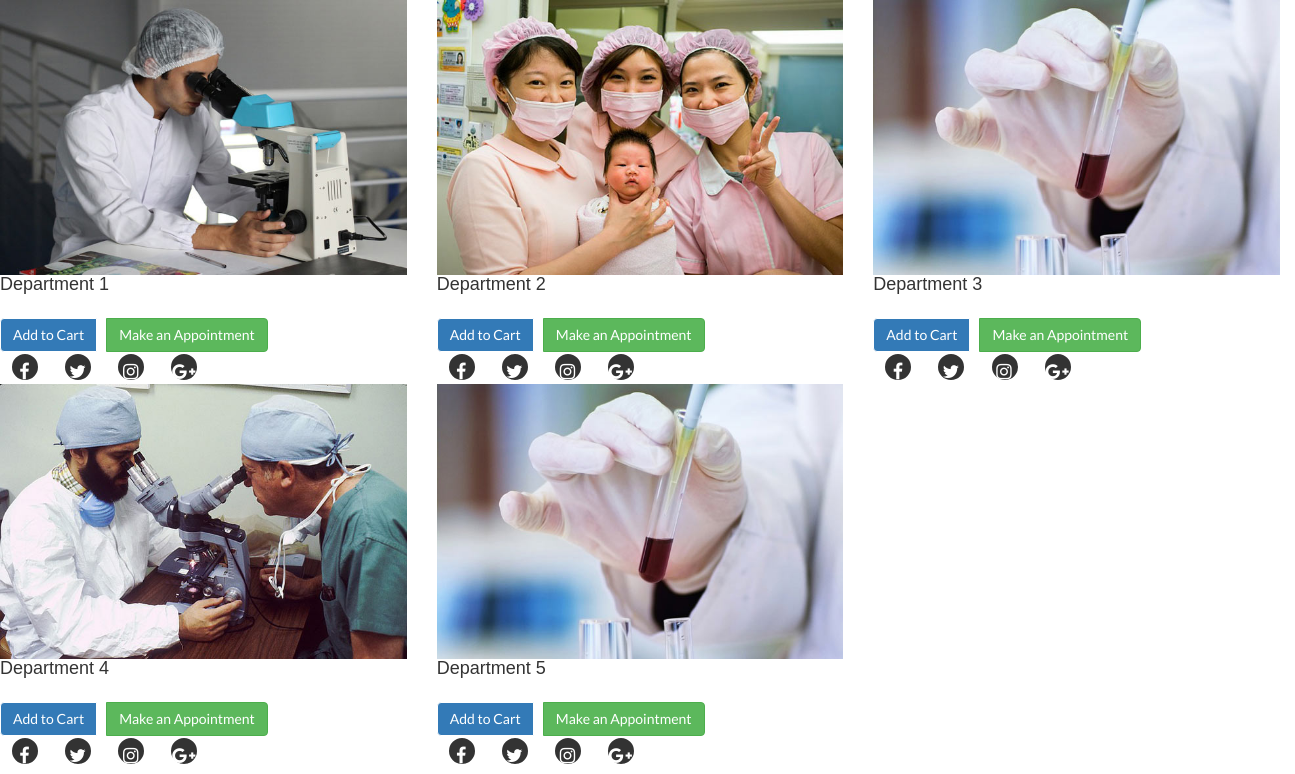
Repository: 72-faisal/work_to_do
Page: http://localhost/Khajina_Doctor/Department-home.jsp
An editor plug-in stored every save of this project. The page is shown before and after the next save, followed by the edit.
The browser window is 1280 px wide. The page is 1295 px wide, so the pictures cover 1295 px, including what lies to the right of the window. The pictures show the whole page.
Some web fonts or font styles are not loaded; a fallback is used. The page is served by Tomcat 9. Other server files are loaded and not shown.

Above is the page before, as saved 2023-04-15 19:55:58.

### Khajina_Doctor/Khajina_Doctor/src/main/webapp/Department-home.jsp
<%@ page language="java" contentType="text/html; charset=ISO-8859-1"
    pageEncoding="ISO-8859-1"%>
<!DOCTYPE html>
<html>
<head>
<meta charset="ISO-8859-1">
<title>KhajjinaDoc a Medical Online Solution |</title>
<!-- for-meta-tags-->
<meta name="viewport" content="width=device-width, initial-scale=1">
<meta http-equiv="Content-Type" content="text/html; charset=utf-8" />
<meta name="keywords" content="Health Plus Responsive web template, Bootstrap Web Templates, Flat Web Templates, Android Compatible web template,
Smartphone Compatible web template, free web designs for Nokia, Samsung, LG, SonyEricsson, Motorola web design" />
<script type="application/x-javascript"> addEventListener("load", function() { setTimeout(hideURLbar, 0); }, false);
		function hideURLbar(){ window.scrollTo(0,1); } </script>
<!-- //for-meta-tags-->
<link href="css/bootstrap.css" rel="stylesheet" type="text/css" media="all" />
<link rel="stylesheet" href="css/flexslider.css" type="text/css" media="screen" Department="" />
<link href="css/services.css" rel="stylesheet" type="text/css" media="all" />
<link href="css/ziehharmonika.css" rel="stylesheet" type="text/css">
<link href="css/JiSlider.css" rel="stylesheet">
<link href="css/style.css" rel="stylesheet" type="text/css" media="all" />
<!-- font-awesome icons -->
<link href="css/font-awesome.css" rel="stylesheet">
<!-- //font-awesome icons -->
<link href="//fonts.googleapis.com/css?family=Raleway:200,200i,300,300i,400,400i,500,500i,600,600i,700,700i,800" rel="stylesheet">
<link href="//fonts.googleapis.com/css?family=Lato:300,300i,400,400i,700,900" rel="stylesheet">
<style>
.department .btn-group .btn:first-child {
  margin-right: 10px;
}

.btn-primary:hover {
  filter: brightness(70%);
}
.social_agileinfo li a {
  display: block;
  width: 30px;
  height: 30px;
  line-height: 30px;
  text-align: center;
  background: #333;
  border-radius: 50%;
  margin: 0 10px;
}

.social_agileinfo li a i {
  font-size: 18px;
}

.social_agileinfo li a:hover {
  background: #555;
}

.social_agileinfo li a:hover i {
  color: #555;
}

.social_agileinfo li a:focus {
  outline: none;
}




</style>
</head>
<body>
<div class="department-box">
    <div class="row">
        <div class="col-md-4 department">
            <img src="images/g1.jpg" alt=" " class="img-responsive" />
            <div class="overlay">
                <h4>Department 1</h4><br>
                 <div class="btn-group" role="group">
                    <button type="button" class="btn btn-primary">Add to Cart</button>
                    <button type="button" class="btn btn-success">Make an Appointment</button>
                </div><br>
                <ul class="social_agileinfo">
                    <li><a href="#" class="w3_facebook"><i class="fa fa-facebook"></i></a></li>
                    <li><a href="#" class="w3_twitter"><i class="fa fa-twitter"></i></a></li>
                    <li><a href="#" class="w3_instagram"><i class="fa fa-instagram"></i></a></li>
                    <li><a href="#" class="w3_google"><i class="fa fa-google-plus"></i></a></li>
                </ul>
            </div>
        </div>
        <div class="col-md-4 department">
            <img src="images/g2.jpg" alt=" " class="img-responsive" />
            <div class="overlay">
                <h4>Department 2</h4><br>
                <div class="btn-group" role="group">
                    <button type="button" class="btn btn-primary">Add to Cart</button>
                    <button type="button" class="btn btn-success">Make an Appointment</button>
                </div><br>
                 <ul class="social_agileinfo">
                    <li><a href="#" class="w3_facebook"><i class="fa fa-facebook"></i></a></li>
                    <li><a href="#" class="w3_twitter"><i class="fa fa-twitter"></i></a></li>
                    <li><a href="#" class="w3_instagram"><i class="fa fa-instagram"></i></a></li>
                    <li><a href="#" class="w3_google"><i class="fa fa-google-plus"></i></a></li>
                </ul>
            </div>
        </div>
        <div class="col-md-4 department">
            <img src="images/g3.jpg" alt=" " class="img-responsive" />
            <div class="overlay">
                <h4>Department 3</h4><br>
                <div class="btn-group" role="group">
                    <button type="button" class="btn btn-primary">Add to Cart</button>
                    <button type="button" class="btn btn-success">Make an Appointment</button>
                </div><br>
                 <ul class="social_agileinfo">
                    <li><a href="#" class="w3_facebook"><i class="fa fa-facebook"></i></a></li>
                    <li><a href="#" class="w3_twitter"><i class="fa fa-twitter"></i></a></li>
                    <li><a href="#" class="w3_instagram"><i class="fa fa-instagram"></i></a></li>
                    <li><a href="#" class="w3_google"><i class="fa fa-google-plus"></i></a></li>
                </ul>
            </div>
        </div>
    </div>
    <div class="row">
        <div class="col-md-4 department">
            <img src="images/g4.jpg" alt=" " class="img-responsive" />
            <div class="overlay">
                <h4>Department 4</h4><br>
               <div class="btn-group" role="group">
                    <button type="button" class="btn btn-primary">Add to Cart</button>
                    <button type="button" class="btn btn-success">Make an Appointment</button>
                </div><br>
                 <ul class="social_agileinfo">
                    <li><a href="#" class="w3_facebook"><i class="fa fa-facebook"></i></a></li>
                    <li><a href="#" class="w3_twitter"><i class="fa fa-twitter"></i></a></li>
                    <li><a href="#" class="w3_instagram"><i class="fa fa-instagram"></i></a></li>
                    <li><a href="#" class="w3_google"><i class="fa fa-google-plus"></i></a></li>
                </ul>
            </div>
        </div>
         <div class="col-md-4 department">
            <img src="images/g3.jpg" alt=" " class="img-responsive" />
            <div class="overlay">
                <h4>Department 5</h4><br>
               <div class="btn-group" role="group">
                    <button type="button" class="btn btn-primary">Add to Cart</button>
                    <button type="button" class="btn btn-success">Make an Appointment</button>
                </div><br>
                 <ul class="social_agileinfo">
                    <li><a href="#" class="w3_facebook"><i class="fa fa-facebook"></i></a></li>
                    <li><a href="#" class="w3_twitter"><i class="fa fa-twitter"></i></a></li>
                    <li><a href="#" class="w3_instagram"><i class="fa fa-instagram"></i></a></li>
                    <li><a href="#" class="w3_google"><i class="fa fa-google-plus"></i></a></li>
                </ul>
            </div>
        </div>
    </div>
    </div>

</body>
</html>

### Khajina_Doctor/Khajina_Doctor/src/main/webapp/css/flexslider.css
/*
 * jQuery FlexSlider v2.0
 * http://www.woothemes.com/flexslider/
 *
 * Copyright 2012 WooThemes
 * Free to use under the GPLv2 license.
 * http://www.gnu.org/licenses/gpl-2.0.html
 *
 * Contributing author: Tyler Smith (@mbmufffin)
 */
/* Browser Resets */
.flex-container a:active,
.flexslider a:active,
.flex-container a:focus,
.flexslider a:focus  {outline: none;}
.slides,
.flex-control-nav,
.flex-direction-nav {margin: 0; padding: 0; list-style: none;}

/* FlexSlider Necessary Styles
*********************************/
.flexslider .slides > li {display: none; -webkit-backface-visibility: hidden;} /* Hide the slides before the JS is loaded. Avoids image jumping */
.flexslider .slides img {margin: 0 auto; display: block;}
.flex-pauseplay span {text-transform: capitalize;}

/* Clearfix for the .slides element */
.slides:after {content: "."; display: block; clear: both; visibility: hidden; line-height: 0; height: 0;}
html[xmlns] .slides {display: block;}
* html .slides {height: 1%;}

/* No JavaScript Fallback */
/* If you are not using another script, such as Modernizr, make sure you
 * include js that eliminates this class on page load */
.no-js .slides > li:first-child {display: block;}


/* FlexSlider Default Theme
*********************************/
.flexslider {
	border: 0px;
	position: relative;
	zoom: 1;
	overflow: hidden;
}
.flex-viewport {max-height: 2000px; -webkit-transition: all 1s ease; -moz-transition: all 1s ease; transition: all 1s ease;}
.loading .flex-viewport {max-height: 300px;}
.flexslider .slides {zoom: 1;}

.carousel li {margin-right: 5px}


/* Direction Nav */
.flex-direction-nav a {
	margin: 0;
    background: none;
    position: absolute;
    z-index: 10;
    cursor: pointer;
    opacity: .8;
    -webkit-transition: all .3s ease;
    font-family: FontAwesome;
    font-size: 2em;
    color: #fff;
	text-decoration: none;
	top: 50%;
}
.flex-direction-nav .flex-next {
    right: 5%;
}
.flex-direction-nav .flex-prev {
	left:5%;
}
.flex-direction-nav .flex-next:before{
	content:"\f178";
}
.flex-direction-nav .flex-prev:before{
	content:"\f177";
}
.flexslider:hover .flex-next {opacity: 1;}
.flexslider:hover .flex-prev {opacity: 1;}
.flexslider:hover .flex-next:hover, .flexslider:hover .flex-prev:hover {opacity: 1;}
.flex-direction-nav .flex-disabled {opacity: .3!important; filter:alpha(opacity=30); cursor: default;}
/* Control Nav */
.flex-control-nav {
	display: block;
    position: absolute;
    right: 5%;
    top: 20%;
}
.flex-control-nav li {
    margin: 15px 0;
    display: block;
    zoom: 1;
    position: relative;
}
.flex-control-paging li a {
	width: 15px;
    height: 15px;
    display: none;
    cursor: pointer;
    text-indent: -9999px;
    border: 5px solid rgba(255, 255, 255, 0.38);
    background: #bababa;
    text-align: center;
    border-radius: 15px;
}
.flex-control-paging li a.flex-active {
	background:#ff464f;
	cursor: default;
	transform: rotateX(360deg);
	-webkit-transform: rotateX(360deg);
	-moz-transform: rotateX(360deg);
	-o-transform: rotateX(360deg);
	-ms-transform: rotateX(360deg);
    transition: transform 2s;
}
.flex-control-thumbs {margin: 5px 0 0; position: static; overflow: hidden;}
.flex-control-thumbs li {width: 25%; float: left; margin: 0;}
.flex-control-thumbs img {width: 100%; display: block; opacity: .7; cursor: pointer;}
.flex-control-thumbs img:hover {opacity: 1;}
.flex-control-thumbs .flex-active {opacity: 1; cursor: default;}
@media screen and (max-width:1366px) {

}
@media screen and (max-width:1080px) {

}
@media screen and (max-width: 991px){

}
@media screen and (max-width: 667px){

}
@media screen and (max-width: 640px){

}
@media screen and (max-width: 600px){

}
@media screen and (max-width: 480px) {
	section.slider {
		padding-top: 0;
	}

}
@media screen and (max-width: 414px){

}
@media screen and (max-width: 384px){

}
@media screen and (max-width: 375px) {

}
@media screen and (max-width: 320px) {

}

### Khajina_Doctor/Khajina_Doctor/src/main/webapp/css/services.css
.ch-item {
	width: 100%;
	height: 100%;
	border-radius: 50%;
	position: relative;
	cursor: default;
	-webkit-perspective: 900px;
	-moz-perspective: 900px;
	-o-perspective: 900px;
	-ms-perspective: 900px;
	perspective: 900px;
}
.ch-info{
	position: absolute;
	width: 100%;
	height: 100%;
	-webkit-transform-style: preserve-3d;
	-moz-transform-style: preserve-3d;
	-o-transform-style: preserve-3d;
	-ms-transform-style: preserve-3d;
	transform-style: preserve-3d;
}
.ch-info > div {
	display: block;
	position: absolute;
	width: 100%;
	height: 100%;
	border-radius: 50%;
	background-position: center center;
	-webkit-transition: all 0.4s linear;
	-moz-transition: all 0.4s linear;
	-o-transition: all 0.4s linear;
	-ms-transition: all 0.4s linear;
	transition: all 0.4s linear;
	-webkit-transform-origin: 50% 0%;
	-moz-transform-origin: 50% 0%;
	-o-transform-origin: 50% 0%;
	-ms-transform-origin: 50% 0%;
	transform-origin: 50% 0%;
}

.ch-info .ch-info-front {
      border: 10px solid #1c588e;
    background: #fff;
}

.ch-info .ch-info-back {
	-webkit-transform: translate3d(0,0,-220px) rotate3d(1,0,0,90deg);
	-moz-transform: translate3d(0,0,-220px) rotate3d(1,0,0,90deg);
	-o-transform: translate3d(0,0,-220px) rotate3d(1,0,0,90deg);
	-ms-transform: translate3d(0,0,-220px) rotate3d(1,0,0,90deg);
	transform: translate3d(0,0,-220px) rotate3d(1,0,0,90deg);
	background: #000;
	opacity: 0;
}
.ch-info-front.ch-img-1 i,.ch-info-front.ch-img-2 i,.ch-info-front.ch-img-3 i ,.ch-info-front.ch-img-4 i ,.ch-info-front.ch-img-5 i   {
    color: #232323;
    font-size: 4em;
    line-height: 3em;
}

.ch-info h5 {
    color: #fff;
    text-transform: uppercase;
    letter-spacing: 2px;
    font-size: 20px;
    margin: 0 15px;
    padding: 78px 0 0 0;
    height: 110px;
    text-shadow: 0 0 1px #fff, 0 1px 2px rgba(0,0,0,0.3);
}

.ch-info p {
	color: #de0f17;
    padding:10px 5px;
    font-style:italic;
    margin:0 30px;
    font-size:12px;
    border-top:1px solid rgba(47, 46, 46, 0.5);
}

.ch-info p a {
	display: block;
	color: #fff;
	color: rgba(255,255,255,0.7);
	font-style: normal;
	font-weight: 700;
	text-transform: uppercase;
	font-size: 9px;
	letter-spacing: 1px;
	padding-top: 4px;
	font-family: 'Open Sans', Arial, sans-serif;
}

.ch-info p a:hover {
	color: #fff222;
	color: rgba(255,242,34, 0.8);
}

.ch-item:hover .ch-info-front {
	-webkit-transform: translate3d(0,280px,0) rotate3d(1,0,0,-90deg);
	-moz-transform: translate3d(0,280px,0) rotate3d(1,0,0,-90deg);
	-o-transform: translate3d(0,280px,0) rotate3d(1,0,0,-90deg);
	-ms-transform: translate3d(0,280px,0) rotate3d(1,0,0,-90deg);
	transform: translate3d(0,280px,0) rotate3d(1,0,0,-90deg);
	opacity: 0;
}

.ch-item:hover .ch-info-back {
	-webkit-transform: rotate3d(1,0,0,0deg);
	-moz-transform: rotate3d(1,0,0,0deg);
	-o-transform: rotate3d(1,0,0,0deg);
	-ms-transform: rotate3d(1,0,0,0deg);
	transform: rotate3d(1,0,0,0deg);
	opacity: 1;
}

### Khajina_Doctor/Khajina_Doctor/src/main/webapp/css/ziehharmonika.css
/* @author Tim himself */

.ziehharmonika h3 {
    background: rgba(255, 255, 255, 0);
    color: #151414;
    text-align: left;
    border-radius: 0px;
    padding: 25px 20px;
    cursor: pointer;
    margin-top: 0;
    margin-bottom: 25px;
    padding-right: 40px;
    transition: 0.25s all;
    position: relative;
    border: 6px solid #191919;
    font-weight: 700;
    letter-spacing: 1px;
}
.ziehharmonika h3.active {
    margin-bottom: 21px;
  background: #207fdc;
    border: 6px solid rgba(44, 185, 139, 0.01);
}
.ziehharmonika h3::before {
	content: attr(data-prefix);
	font-size: 18px;
	margin-right: 9px;
}
.ziehharmonika > div {
	display: none;
	    background: #fff;
    border-radius: 0;
    border: 1px solid #cdcdcd;
    text-align: left;
    padding: 31px 33px;
    margin-bottom: 9px;
}
.ziehharmonika .arrowDown {
	width: 0;
	height: 0;
	border-style: solid;
	border-width: 13.0px 7.5px 0 7.5px;
	border-color: #272e35 transparent transparent transparent;
	position: absolute;
	bottom: 0;
	left: 40px;
	transition: 0.25s all;
	opacity: 0;
}
.ziehharmonika .active .arrowDown {
       bottom: -18px;
    border-color: #207fdc transparent transparent transparent;
    opacity: 1;
}
.ziehharmonika .collapseIcon {
	    position: absolute;
    right: 20px;
    top: 52%;
    font-size: 30px;
    font-weight: 400;
    -ms-transform: translate(0, -50%);
    transform: translate(0, -50%);
}
/*--/Responsive--*/
@media(max-width:640px){
	.ziehharmonika > div {
		display: none;
		background: #fff;
		border-radius: 0;
		border: 1px solid #cdcdcd;
		text-align: left;
		padding: 15px 15px;
		margin-bottom: 9px;
	}
	.ziehharmonika h3 {
      padding: 15px 20px;
	}
}
@media(max-width:414px){
	.ziehharmonika h3 {
		padding: 9px 15px;
		margin-bottom: 14px;
		padding-right: 40px;
		font-size: 1.2em;
	}
}
/*--//Responsive--*/

Loaded but not shown: Khajina_Doctor/Khajina_Doctor/src/main/webapp/css/bootstrap.css (library); Khajina_Doctor/Khajina_Doctor/src/main/webapp/css/font-awesome.css (library); Khajina_Doctor/Khajina_Doctor/src/main/webapp/css/style.css (4106 lines, source omitted); Khajina_Doctor/Khajina_Doctor/src/main/webapp/css/JiSlider.css (298 lines, source omitted)

After the next save:
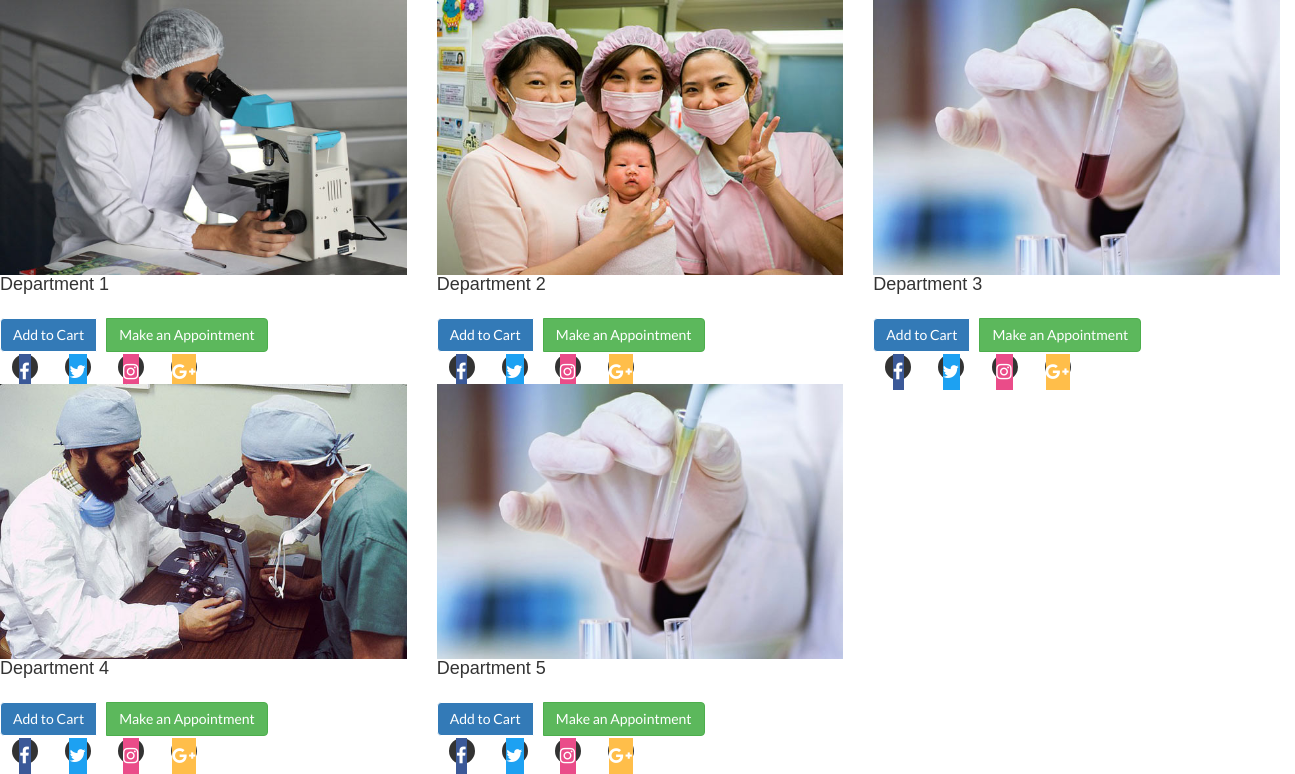
Saved 9 min 55 s later.
--- a/Khajina_Doctor/Khajina_Doctor/src/main/webapp/Department-home.jsp
+++ b/Khajina_Doctor/Khajina_Doctor/src/main/webapp/Department-home.jsp
@@ -52,11 +52,23 @@ Smartphone Compatible web template, free web designs for Nokia, Samsung, LG, Son
 }
 
 .social_agileinfo li a:hover i {
-  color: #555;
+  color: #fff;
 }
 
 .social_agileinfo li a:focus {
   outline: none;
+}
+a.w3_agile_facebook{
+	background:#3b5998;
+}
+a.agile_twitter{
+	background:#1da1f2;
+}
+a.w3_agile_dribble{
+	background:#ea4c89;
+}
+a.w3_agile_rss{
+	background:#ffbe4a;
 }
 
 
@@ -76,10 +88,10 @@ Smartphone Compatible web template, free web designs for Nokia, Samsung, LG, Son
                     <button type="button" class="btn btn-success">Make an Appointment</button>
                 </div><br>
                 <ul class="social_agileinfo">
-                    <li><a href="#" class="w3_facebook"><i class="fa fa-facebook"></i></a></li>
-                    <li><a href="#" class="w3_twitter"><i class="fa fa-twitter"></i></a></li>
-                    <li><a href="#" class="w3_instagram"><i class="fa fa-instagram"></i></a></li>
-                    <li><a href="#" class="w3_google"><i class="fa fa-google-plus"></i></a></li>
+                    <li><a href="#" class="w3_facebook"><i class="fa fa-facebook" style="background:#3b5998;"></i></a></li>
+                    <li><a href="#" class="w3_twitter"><i class="fa fa-twitter" style="background:#1da1f2;"></i></a></li>
+                    <li><a href="#" class="w3_instagram"><i class="fa fa-instagram" style="background:#ea4c89;"></i></a></li>
+                    <li><a href="#" class="w3_google"><i class="fa fa-google-plus" style="background:#ffbe4a;"></i></a></li>
                 </ul>
             </div>
         </div>
@@ -91,11 +103,11 @@ Smartphone Compatible web template, free web designs for Nokia, Samsung, LG, Son
                     <button type="button" class="btn btn-primary">Add to Cart</button>
                     <button type="button" class="btn btn-success">Make an Appointment</button>
                 </div><br>
-                 <ul class="social_agileinfo">
-                    <li><a href="#" class="w3_facebook"><i class="fa fa-facebook"></i></a></li>
-                    <li><a href="#" class="w3_twitter"><i class="fa fa-twitter"></i></a></li>
-                    <li><a href="#" class="w3_instagram"><i class="fa fa-instagram"></i></a></li>
-                    <li><a href="#" class="w3_google"><i class="fa fa-google-plus"></i></a></li>
+                    <ul class="social_agileinfo">
+                    <li><a href="#" class="w3_facebook"><i class="fa fa-facebook" style="background:#3b5998;"></i></a></li>
+                    <li><a href="#" class="w3_twitter"><i class="fa fa-twitter" style="background:#1da1f2;"></i></a></li>
+                    <li><a href="#" class="w3_instagram"><i class="fa fa-instagram" style="background:#ea4c89;"></i></a></li>
+                    <li><a href="#" class="w3_google"><i class="fa fa-google-plus" style="background:#ffbe4a;"></i></a></li>
                 </ul>
             </div>
         </div>
@@ -107,11 +119,11 @@ Smartphone Compatible web template, free web designs for Nokia, Samsung, LG, Son
                     <button type="button" class="btn btn-primary">Add to Cart</button>
                     <button type="button" class="btn btn-success">Make an Appointment</button>
                 </div><br>
-                 <ul class="social_agileinfo">
-                    <li><a href="#" class="w3_facebook"><i class="fa fa-facebook"></i></a></li>
-                    <li><a href="#" class="w3_twitter"><i class="fa fa-twitter"></i></a></li>
-                    <li><a href="#" class="w3_instagram"><i class="fa fa-instagram"></i></a></li>
-                    <li><a href="#" class="w3_google"><i class="fa fa-google-plus"></i></a></li>
+                    <ul class="social_agileinfo">
+                    <li><a href="#" class="w3_facebook"><i class="fa fa-facebook" style="background:#3b5998;"></i></a></li>
+                    <li><a href="#" class="w3_twitter"><i class="fa fa-twitter" style="background:#1da1f2;"></i></a></li>
+                    <li><a href="#" class="w3_instagram"><i class="fa fa-instagram" style="background:#ea4c89;"></i></a></li>
+                    <li><a href="#" class="w3_google"><i class="fa fa-google-plus" style="background:#ffbe4a;"></i></a></li>
                 </ul>
             </div>
         </div>
@@ -125,11 +137,11 @@ Smartphone Compatible web template, free web designs for Nokia, Samsung, LG, Son
                     <button type="button" class="btn btn-primary">Add to Cart</button>
                     <button type="button" class="btn btn-success">Make an Appointment</button>
                 </div><br>
-                 <ul class="social_agileinfo">
-                    <li><a href="#" class="w3_facebook"><i class="fa fa-facebook"></i></a></li>
-                    <li><a href="#" class="w3_twitter"><i class="fa fa-twitter"></i></a></li>
-                    <li><a href="#" class="w3_instagram"><i class="fa fa-instagram"></i></a></li>
-                    <li><a href="#" class="w3_google"><i class="fa fa-google-plus"></i></a></li>
+                    <ul class="social_agileinfo">
+                    <li><a href="#" class="w3_facebook"><i class="fa fa-facebook" style="background:#3b5998;"></i></a></li>
+                    <li><a href="#" class="w3_twitter"><i class="fa fa-twitter" style="background:#1da1f2;"></i></a></li>
+                    <li><a href="#" class="w3_instagram"><i class="fa fa-instagram" style="background:#ea4c89;"></i></a></li>
+                    <li><a href="#" class="w3_google"><i class="fa fa-google-plus" style="background:#ffbe4a;"></i></a></li>
                 </ul>
             </div>
         </div>
@@ -141,11 +153,11 @@ Smartphone Compatible web template, free web designs for Nokia, Samsung, LG, Son
                     <button type="button" class="btn btn-primary">Add to Cart</button>
                     <button type="button" class="btn btn-success">Make an Appointment</button>
                 </div><br>
-                 <ul class="social_agileinfo">
-                    <li><a href="#" class="w3_facebook"><i class="fa fa-facebook"></i></a></li>
-                    <li><a href="#" class="w3_twitter"><i class="fa fa-twitter"></i></a></li>
-                    <li><a href="#" class="w3_instagram"><i class="fa fa-instagram"></i></a></li>
-                    <li><a href="#" class="w3_google"><i class="fa fa-google-plus"></i></a></li>
+                   <ul class="social_agileinfo">
+                    <li><a href="#" class="w3_facebook"><i class="fa fa-facebook" style="background:#3b5998;"></i></a></li>
+                    <li><a href="#" class="w3_twitter"><i class="fa fa-twitter" style="background:#1da1f2;"></i></a></li>
+                    <li><a href="#" class="w3_instagram"><i class="fa fa-instagram" style="background:#ea4c89;"></i></a></li>
+                    <li><a href="#" class="w3_google"><i class="fa fa-google-plus" style="background:#ffbe4a;"></i></a></li>
                 </ul>
             </div>
         </div>
